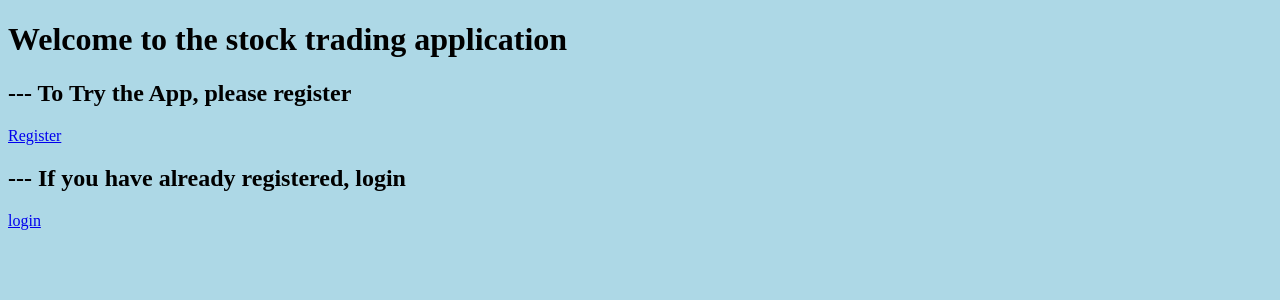
Repository: mariamawit/Assignments
Page: http://localhost/monolith/WEB-INF/jsp/Final.jsp
The author's editor kept a copy of each file at every save. The page is drawn from the files as they stood at one save, then again after the next save.
The browser window is 1280 px wide. The pictures show the whole page.
The page is served by Tomcat 9. Nobody is signed in. The template is opened directly, without the code that normally fills it, so the values that code supplies are empty.

Above is the page before, as saved 2019-07-16 16:47:52.

After the next save:
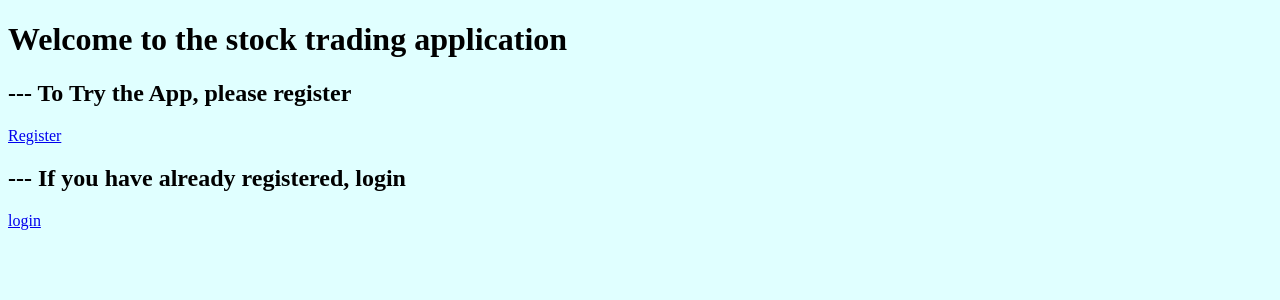
Saved 2 min 4 s later.
--- a/springboot/assignment1/monolith/src/main/webapp/WEB-INF/jsp/Final.jsp
+++ b/springboot/assignment1/monolith/src/main/webapp/WEB-INF/jsp/Final.jsp
@@ -7,7 +7,7 @@
 <title>Insert title here</title>
 </head>
 
-<body bgcolor="lightblue">
+<body bgcolor="lightcyan">
 <h1>Welcome to the stock trading application</h1>
 
 <h2> --- To Try the App, please register </h2>
